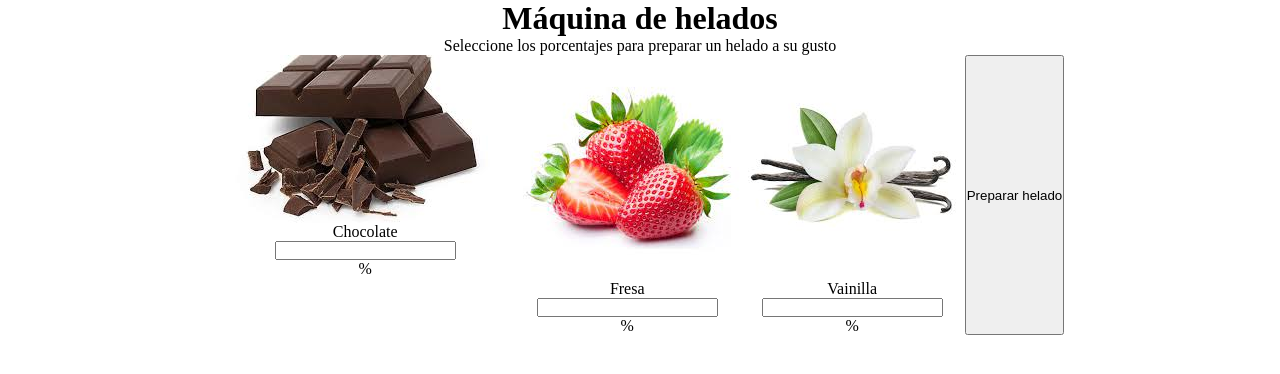
Repository: Ibizus/ejercicios_JSP
Page: http://localhost/ejercicios_Hector/ejercicio10/index.jsp
An editor plug-in stored every save of this project. The page is shown before and after the next save, followed by the edit.
The browser window is 1280 px wide. The pictures show the whole page.
The page is served by Tomcat 9.

Above is the page before, as saved 2023-11-16 09:19:23.

### ejercicios_Hector/src/main/webapp/ejercicio10/index.jsp
<%@ page language="java" contentType="text/html; charset=UTF-8"
    pageEncoding="UTF-8"%>
<!DOCTYPE html>
<html>
<head>
	<meta charset="UTF-8">
	<link rel="stylesheet" href="css/style.css"/>
	<title>Ejercicio 10</title>
</head>
<body>
	<h1>Máquina de helados</h1>
	<p>Seleccione los porcentajes para preparar un helado a su gusto</p>


	<form method="post" action="helado.jsp">

		<article>
			<img alt="Chocolate" src="images/chocolate.jpeg">
			Chocolate <input type="text" name="choc"> %
		</article>
		<article>
			<img alt="Fresa" src="images/fresa.jpeg">
			Fresa <input type="text" name="fresa"> %
		</article>
		<article>
			<img alt="Vainilla" src="images/vainilla.jpeg">
			Vainilla <input type="text" name="vainilla"> %
		</article>

	<input type="submit" value="Preparar helado">
	</form>






</body>
</html>

### ejercicios_Hector/src/main/webapp/ejercicio10/css/style.css
@charset "UTF-8";

*{
	margin: 0;
	padding: 0;
	box-sizing: border-box;
	text-decoration: none;
}

body{
    max-width: 1000px;
    display: flex;
    flex-direction: column;
    align-items: center;
    margin: auto;
}

form{
	display: flex;
	justify-content: center;
}

article{
	display: flex;
	flex-direction: column;
    align-items: center;
}

After the next save:
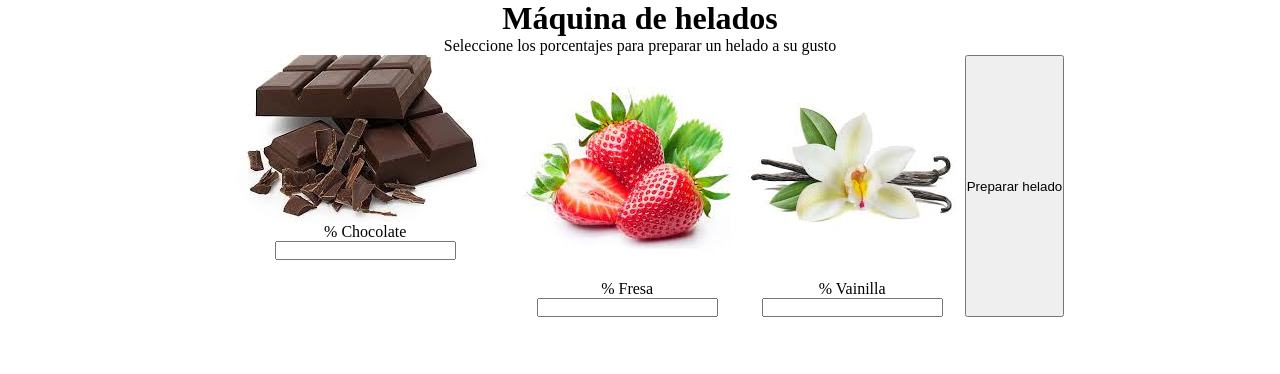
Saved 24 s later.
--- a/ejercicios_Hector/src/main/webapp/ejercicio10/index.jsp
+++ b/ejercicios_Hector/src/main/webapp/ejercicio10/index.jsp
@@ -11,29 +11,23 @@
 	<h1>Máquina de helados</h1>
 	<p>Seleccione los porcentajes para preparar un helado a su gusto</p>
 
-
 	<form method="post" action="helado.jsp">
 
 		<article>
 			<img alt="Chocolate" src="images/chocolate.jpeg">
-			Chocolate <input type="text" name="choc"> %
+			% Chocolate <input type="text" name="choc">
 		</article>
 		<article>
 			<img alt="Fresa" src="images/fresa.jpeg">
-			Fresa <input type="text" name="fresa"> %
+			% Fresa <input type="text" name="fresa">
 		</article>
 		<article>
 			<img alt="Vainilla" src="images/vainilla.jpeg">
-			Vainilla <input type="text" name="vainilla"> %
+			% Vainilla <input type="text" name="vainilla">
 		</article>
 
 	<input type="submit" value="Preparar helado">
 	</form>
 
-
-
-
-
-
 </body>
 </html>
